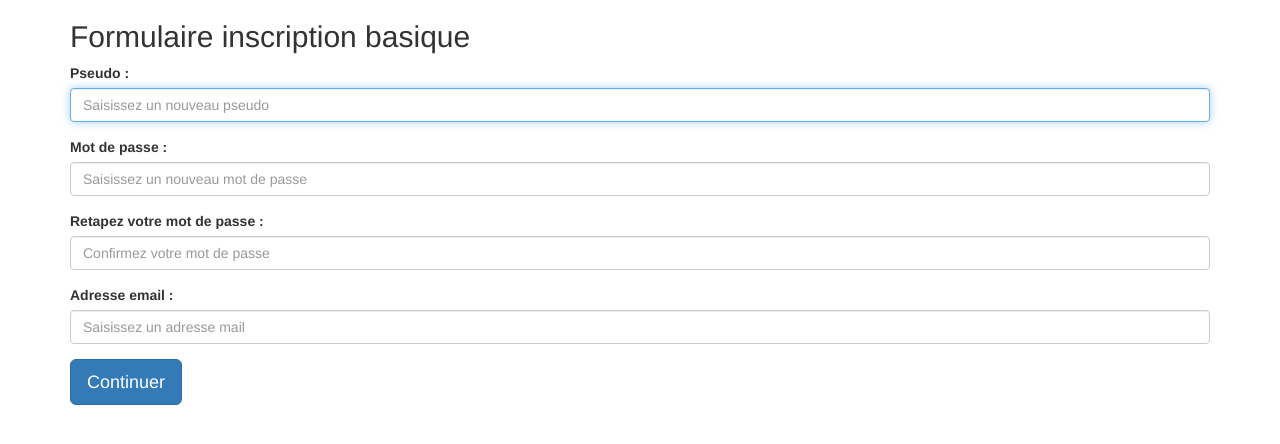
Repository: lemzoo/formation_Java8
Page: EspaceMembre/srcHTML/formulaireInscriptionBasique.html
An editor plug-in stored every save of this project. The page is shown before and after the next save, followed by the edit.
The browser window is 1280 px wide. The pictures show the whole page.

Above is the page before, as saved 2016-06-10 10:46:14.

### EspaceMembre/srcHTML/formulaireInscriptionBasique.html
<!DOCTYPE html>
<html lang="en">
<head>
  <title>Formulaire Inscription</title>
  <meta charset="utf-8">
  <meta name="viewport" content="width=device-width, initial-scale=1">
  <link rel="stylesheet" href="http://maxcdn.bootstrapcdn.com/bootstrap/3.3.6/css/bootstrap.min.css">
  <script src="https://ajax.googleapis.com/ajax/libs/jquery/1.12.2/jquery.min.js"></script>
  <script src="http://maxcdn.bootstrapcdn.com/bootstrap/3.3.6/js/bootstrap.min.js"></script>

  <style type="text/css">
  	body{
  		gray;
  	}
  </style>
</head>
<body>

<div class="container">
  <h2>Formulaire inscription basique</h2>
  <form role="form" method="POST" action="../srcPHP/ajouterMembre.php">
    <div class="form-group">
      <label for="pseudoSaisi">Pseudo :</label>
      <input type="text" class="form-control" name="pseudoSaisi" placeholder="Saisissez un nouveau pseudo" required="required" autofocus="autofocus">
    </div>

    <div class="form-group">
      <label for="passwordSaisi1">Mot de passe :</label>
      <input type="password" class="form-control" name="passwordSaisi1" placeholder="Saisissez un nouveau mot de passe" required="required" autofocus="autofocus">
    </div>

    <div class="form-group">
      <label for="passwordSaisi2">Retapez votre mot de passe :</label>
      <input type="password" class="form-control" name="passwordSaisi2" placeholder="Confirmez votre mot de passe" required="required" autofocus="autofocus">
    </div>

    <div class="form-group">
      <label for="emailSaisi">Adresse email :</label>
      <input type="email" class="form-control" name="emailSaisi" placeholder="Saisissez un adresse mail" required="required" autofocus="autofocus">
    </div>

    <button type="submit" class="btn btn-lg btn-primary">Continuer</button>
  </form>
</div>

</body>
</html>

After the next save:
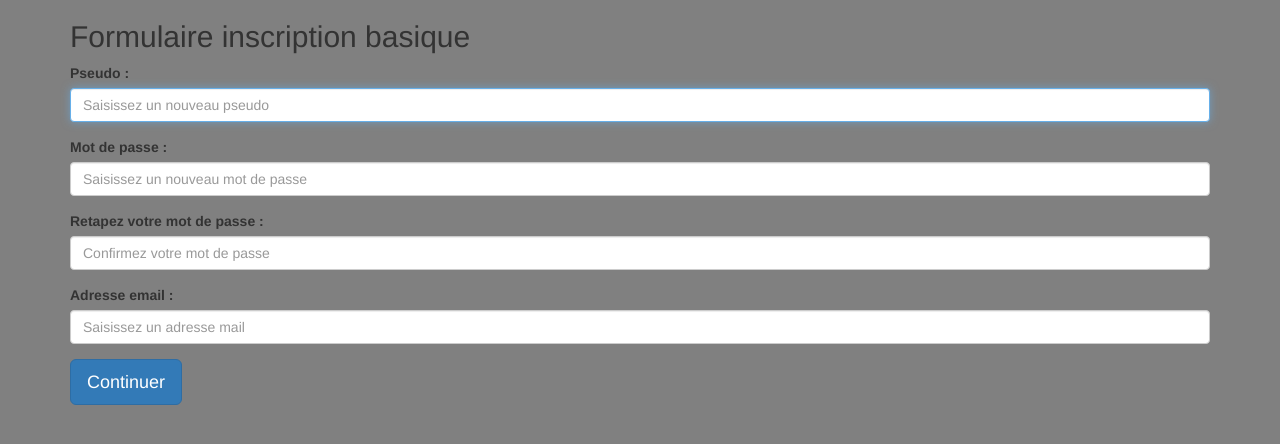
Saved 66 s later.
--- a/EspaceMembre/srcHTML/formulaireInscriptionBasique.html
+++ b/EspaceMembre/srcHTML/formulaireInscriptionBasique.html
@@ -10,7 +10,7 @@
 
   <style type="text/css">
   	body{
-  		gray;
+  		background:gray;
   	}
   </style>
 </head>
